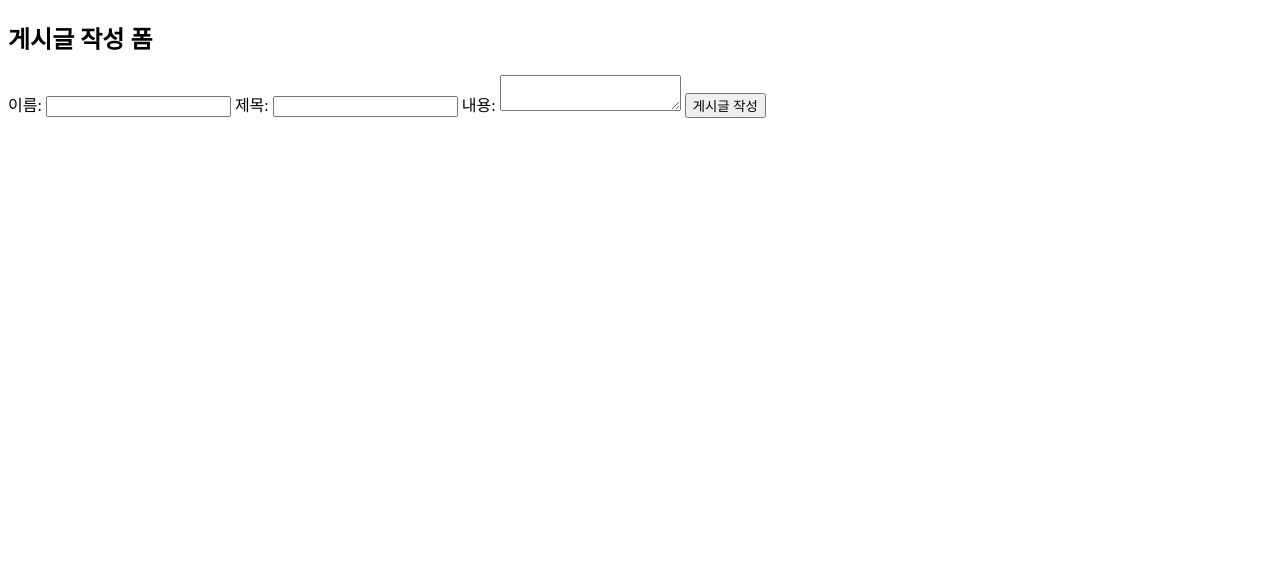
Repository: sieoh/2024html-
Page: http://localhost/jspweb_09/writeform.jsp
An editor plug-in stored every save of this project. The page is shown before and after the next save, followed by the edit.
The browser window is 1280 px wide. The pictures show the whole page.
The page is served by Tomcat 9. Other server files are loaded and not shown.

Above is the page before, as saved 2024-01-15 03:22:38.

### workspace_sts/jspweb_09/src/main/webapp/writeform.jsp
<%@ page language="java" contentType="text/html; charset=UTF-8"
    pageEncoding="UTF-8"%>
<!DOCTYPE html>
<html>
<head>
<meta charset="UTF-8">
<title>Insert title here</title>
</head>
<body>
	<div class="container">
    <h2>게시글 작성 폼</h2>
    <form action="#" method="post" enctype="multipart/form-data">
      <label for="employeeName">이름:</label>
      <input type="text" id="employeeName" name="employeeName" required>

      <label for="postTitle">제목:</label>
      <input type="text" id="postTitle" name="postTitle" required>

      <label for="postContent">내용:</label>
      <textarea id="postContent" name="postContent" required></textarea>

      <button type="submit">게시글 작성</button>
    </form>
  </div>
</div>
</body>
</html>

After the next save:
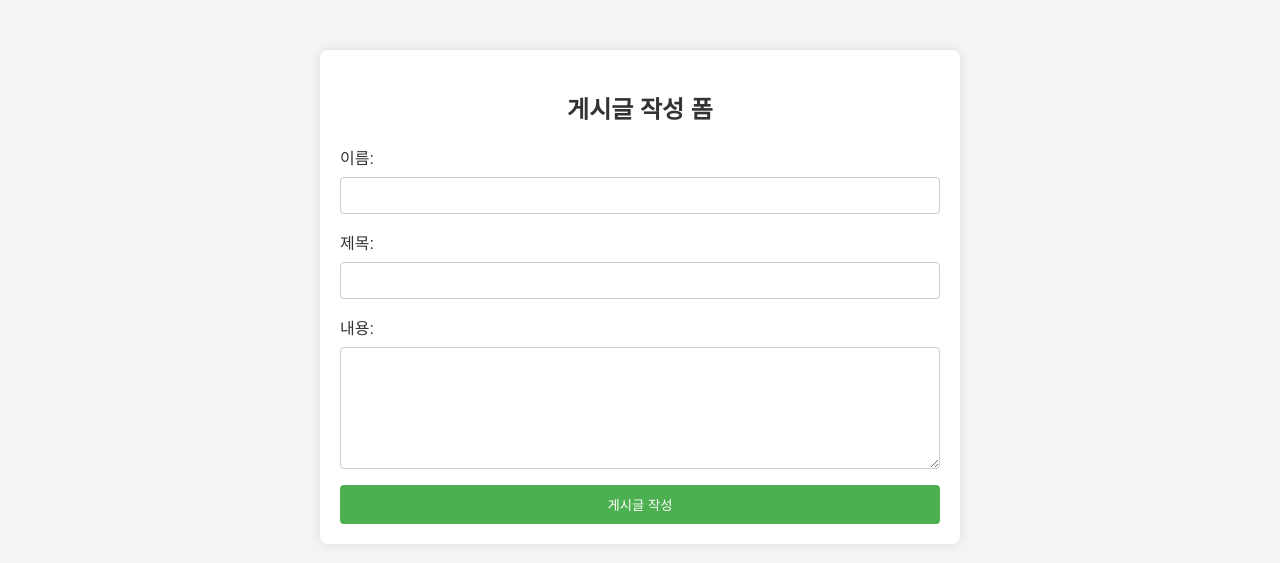
Saved 19 s later.
--- a/workspace_sts/jspweb_09/src/main/webapp/writeform.jsp
+++ b/workspace_sts/jspweb_09/src/main/webapp/writeform.jsp
@@ -5,6 +5,58 @@
 <head>
 <meta charset="UTF-8">
 <title>Insert title here</title>
+<style>
+    body {
+      font-family: Arial, sans-serif;
+      background-color: #f4f4f4;
+      margin: 0;
+      padding: 0;
+    }
+    .container {
+      max-width: 600px;
+      margin: 50px auto;
+      background-color: #fff;
+      padding: 20px;
+      border-radius: 8px;
+      box-shadow: 0 0 10px rgba(0, 0, 0, 0.1);
+    }
+    h2 {
+      text-align: center;
+      color: #333;
+    }
+    form {
+      display: flex;
+      flex-direction: column;
+    }
+    label {
+      margin-bottom: 8px;
+      color: #333;
+    }
+    input, textarea {
+      padding: 10px;
+      margin-bottom: 16px;
+      border: 1px solid #ccc;
+      border-radius: 4px;
+    }
+    textarea {
+      resize: vertical;
+      height: 100px;
+    }
+    input[type="file"] {
+      margin-bottom: 16px;
+    }
+    button {
+      background-color: #4caf50;
+      color: #fff;
+      padding: 10px 15px;
+      border: none;
+      border-radius: 4px;
+      cursor: pointer;
+    }
+    button:hover {
+      background-color: #45a049;
+    }
+  </style>
 </head>
 <body>
 	<div class="container">
